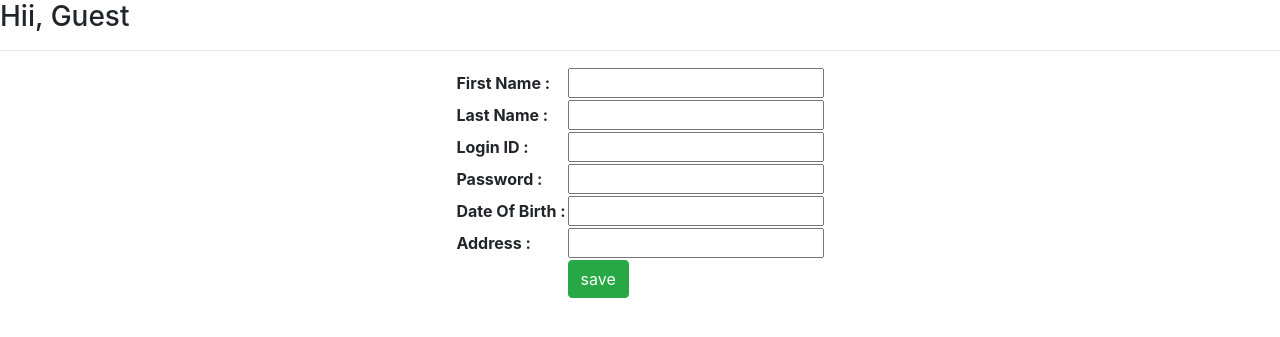
Repository: NikhilKhandait/Spring_MVC
Page: http://localhost/spring-mvc/WEB-INF/pages/UserView.jsp
The author's editor kept a copy of each file at every save. The page is drawn from the files as they stood at one save, then again after the next save.
The browser window is 1280 px wide. The pictures show the whole page.
Some web libraries are served in a nearby version. The page is served by Tomcat 9. Nobody is signed in. Other server files are loaded and not shown. The template is opened directly, without the code that normally fills it, so the values that code supplies are empty.

Above is the page before, as saved 2024-05-24 06:36:25.

### New folder/Spring-mvc/spring-mvc/src/main/webapp/WEB-INF/pages/UserView.jsp
<%@ page language="java" contentType="text/html; charset=ISO-8859-1"
	pageEncoding="ISO-8859-1"%>
<%@ page isELIgnored="false"%>
<%@taglib uri="http://java.sun.com/jsp/jstl/core" prefix="c"%>
<%@taglib uri="http://www.springframework.org/tags/form" prefix="sf"%>
<%@taglib uri="http://www.springframework.org/tags" prefix="s"%>
<!DOCTYPE html>
<html>
<head>
<meta charset="ISO-8859-1">
<title>Insert title here</title>
</head>
<body>
	<%@ include file="Header.jsp"%>
	<sf:form method="post" modelAttribute="form">
		<div align="center">

			<c:if test="${form.id>0}">
				<h1 style="color: navy">Update User</h1>
			</c:if>
			<c:if test="${form.id==0}">
				<h1 style="color: navy">Add User</h1>
			</c:if>
			<table>
				<tr>
					<th align="left">First Name :</th>
					<td><sf:input path="firstName" /></td>
				</tr>
				<tr>
					<th align="left">Last Name :</th>
					<td><sf:input path="lastName" /></td>
				</tr>
				<tr>
					<th align="left">Login ID :</th>
					<td><sf:input path="login" /></td>
				</tr>
				<tr>
					<th align="left">Password :</th>
					<td><sf:input path="password" /></td>
				</tr>
				<tr>
					<th align="left">Date Of Birth :</th>
					<td><sf:input path="dob" /></td>
				</tr>
				<tr>
					<th align="left">Address :</th>
					<td><sf:input path="address" /></td>
				</tr>
				<tr>
					<th></th>
					<td><input type="submit" name="operation" class="btn btn-success" value="save"></td>
				</tr>
			</table>
		</div>
	</sf:form>
	<%-- <%@ include file="Footer.jsp"%> --%>
</body>
</html>

### New folder/Spring-mvc/spring-mvc/src/main/webapp/WEB-INF/pages/Header.jsp
<%@ page language="java" contentType="text/html; charset=ISO-8859-1"
	pageEncoding="ISO-8859-1"%>
<%@ page isELIgnored="false"%>
<%@taglib uri="http://java.sun.com/jsp/jstl/core" prefix="c"%>
<%@taglib uri="http://www.springframework.org/tags/form" prefix="sf"%>
<%@taglib uri="http://www.springframework.org/tags" prefix="s"%>
<!DOCTYPE html>
<html>
<head>
<meta charset="ISO-8859-1">
<title>Insert title here</title>
<link rel="stylesheet"
	href="https://use.fontawesome.com/releases/v5.6.3/css/all.css"
	integrity="sha384-UHRtZLI+pbxtHCWp1t77Bi1L4ZtiqrqD80Kn4Z8NTSRyMA2Fd33n5dQ8lWUE00s/"
	crossorigin="anonymous">


<link rel="stylesheet"
	href="https://maxcdn.bootstrapcdn.com/bootstrap/4.4.1/css/bootstrap.min.css">
<script
	src="https://ajax.googleapis.com/ajax/libs/jquery/3.4.1/jquery.min.js"></script>
<script
	src="https://maxcdn.bootstrapcdn.com/bootstrap/4.4.1/js/bootstrap.min.js"></script>
<style type="text/css">
.reg {
	background-image: linear-gradient(to right, #d7d2cc 0%, #304352 100%);
}
</style>

</head>
<body>
<div style="color: black">
	<c:if test="${not empty sessionScope.user}">
		<h3 align="center">
			Hii,

			<c:out value="${sessionScope.user.firstName}"></c:out>
			&ensp;

			   <a href="<c:url value="/User"/>" class="btn btn-info" >Add User</a> | <a
				href="<c:url value="/User/search"/>" class="btn btn-warning">User List</a> | <a
				href="<c:url value="/Login?operation=logout"/>"class="btn btn-danger">Logout</a>
		</h3>
	</c:if>

	</div>
	<c:if test="${empty sessionScope.user}">
		<h3>Hii, Guest</h3>
	</c:if>
	<hr>
</body>
</html>

After the next save:
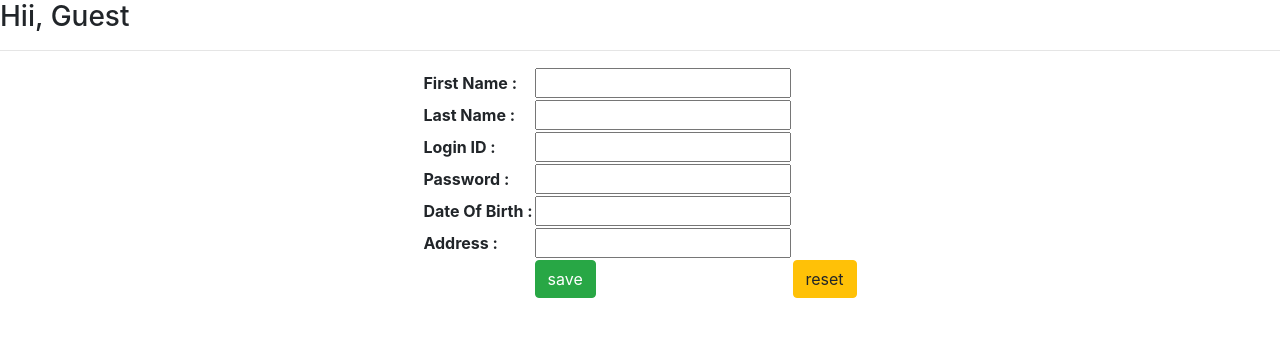
Saved 56 s later.
--- a/New folder/Spring-mvc/spring-mvc/src/main/webapp/WEB-INF/pages/UserView.jsp
+++ b/New folder/Spring-mvc/spring-mvc/src/main/webapp/WEB-INF/pages/UserView.jsp
@@ -49,6 +49,7 @@
 				<tr>
 					<th></th>
 					<td><input type="submit" name="operation" class="btn btn-success" value="save"></td>
+					<td><input type="submit" name="operation" class="btn btn-warning" value="reset"></td>
 				</tr>
 			</table>
 		</div>
